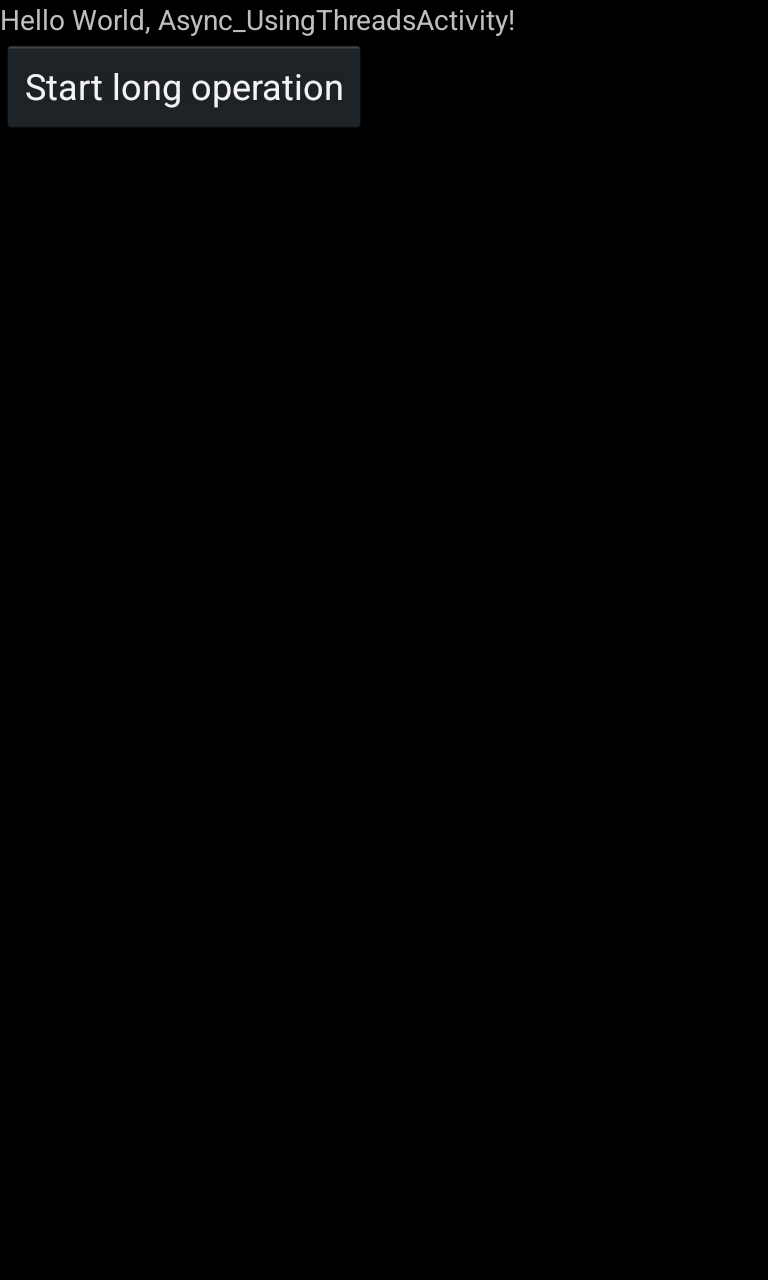
Repository: MobileAffairsLTD/AndroidDemos
Layout: Async_UsingThreads/res/layout/main.xml
The author's editor kept a copy of each file at every save. The layout is drawn from the files as they stood at one save, then again after the next save.
It is drawn on a 768 x 1280 px phone screen (xhdpi) without system bars, with theme android:Theme.Holo; the app's code is not run.

Above is the layout before, as saved 2012-04-20 19:14:19.

After the next save:
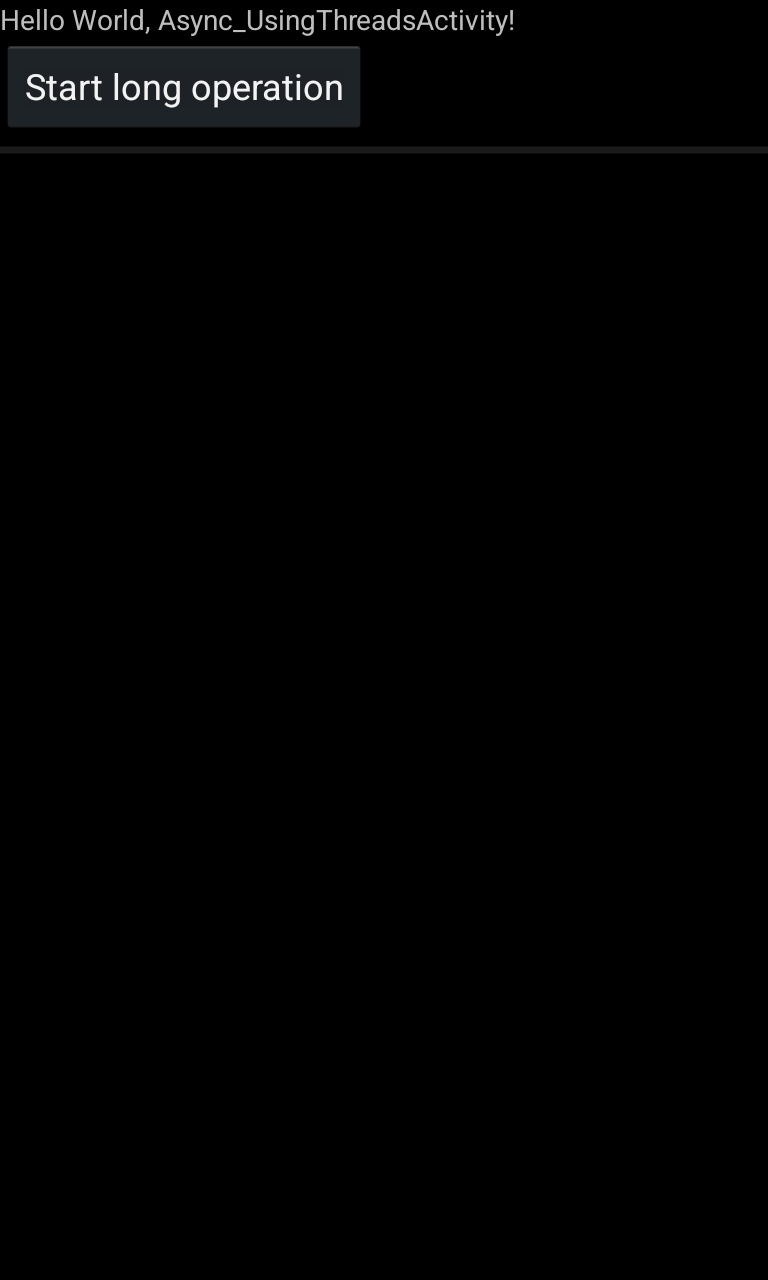
Saved 33 s later.
--- a/Async_UsingThreads/res/layout/main.xml
+++ b/Async_UsingThreads/res/layout/main.xml
@@ -17,4 +17,13 @@
         android:text="Start long operation"
         android:onClick="runLongOperation"/>
 
+
+
+
+    <ProgressBar
+        android:id="@+id/progressBar1"
+        style="?android:attr/progressBarStyleHorizontal"
+        android:layout_width="match_parent"
+        android:layout_height="wrap_content" />
+
 </LinearLayout>
